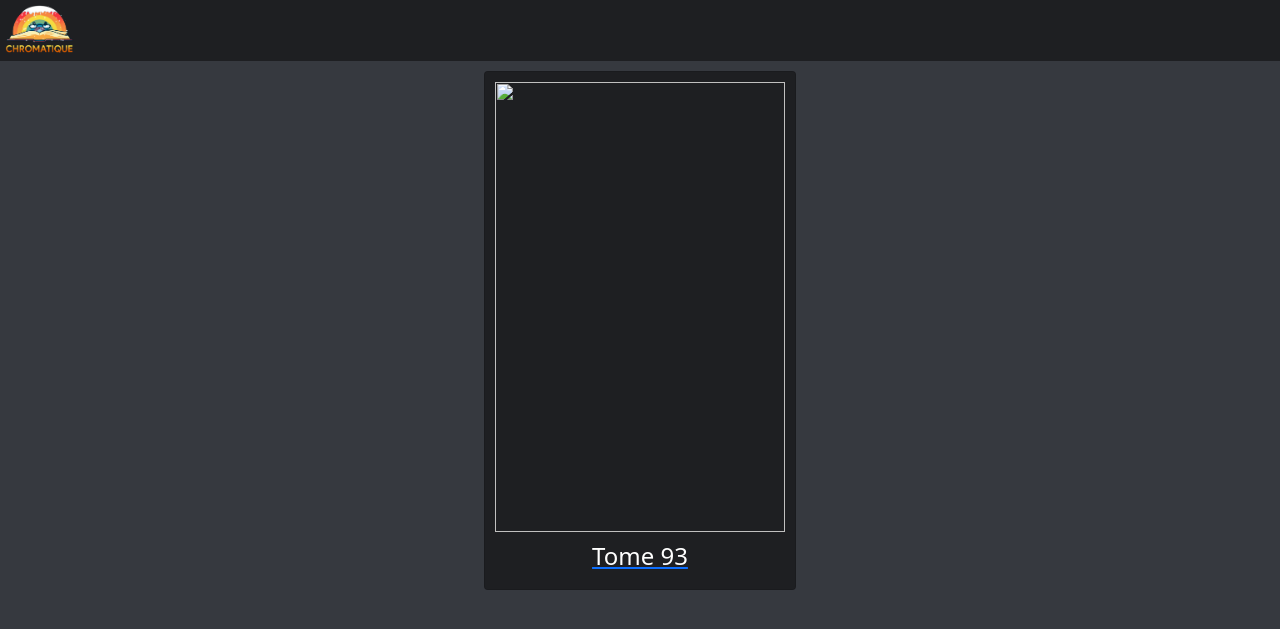
Repository: Codesieg/Chromatique
Page: http://localhost/tome/1
The author's editor kept a copy of each file at every save. The page is drawn from the files as they stood at one save, then again after the next save.
The browser window is 1280 px wide. The pictures show the whole page.
Some icons come from a web library that is not loaded, so they are not drawn. The page is served by the project's Laravel application, run on PHP 8.4 with Laravel 8. The database holds what the project's SQL file puts in it.

Above is the page before, as saved 2021-04-21 21:10:05.

After the next save:
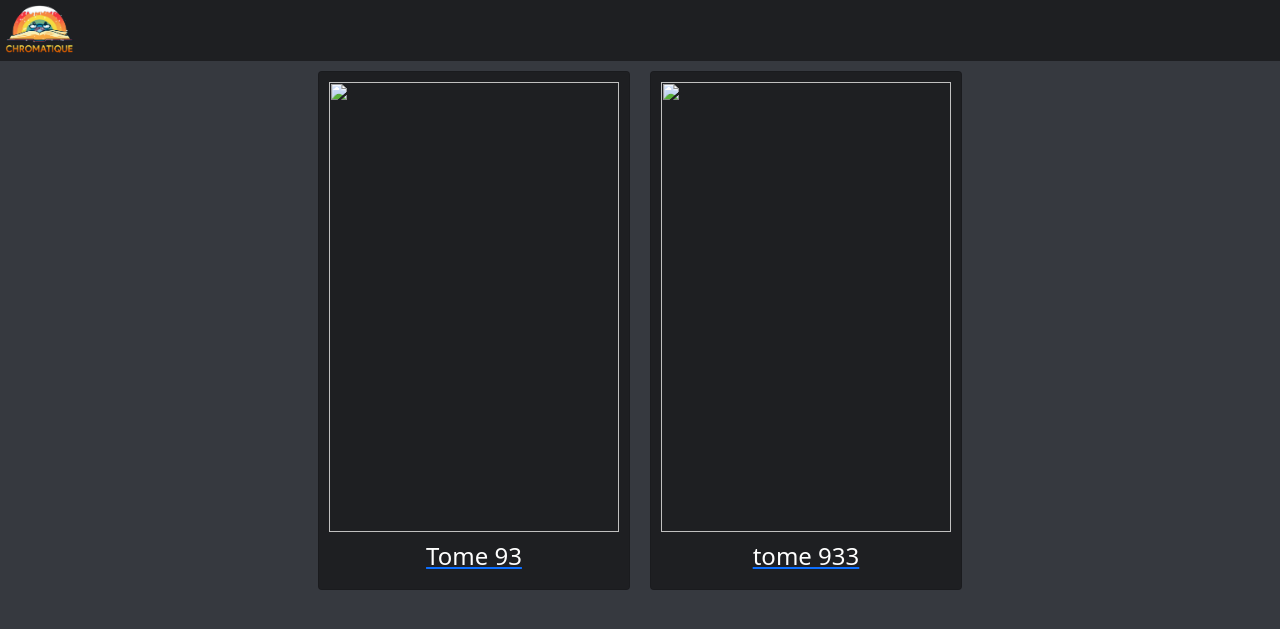
Saved 80 s later.
--- a/chromatique/app/Http/Controllers/TomesController.php
+++ b/chromatique/app/Http/Controllers/TomesController.php
@@ -16,7 +16,7 @@
     {
         // $listTomes = Tomes::All()
         // ->where('manga_id' $id)
-        $listTomes = Tomes::where('id', $id)
+        $listTomes = Tomes::where('manga_id', $id)
         ->orderBy('tome_name')
         ->take(10)
         ->get();
